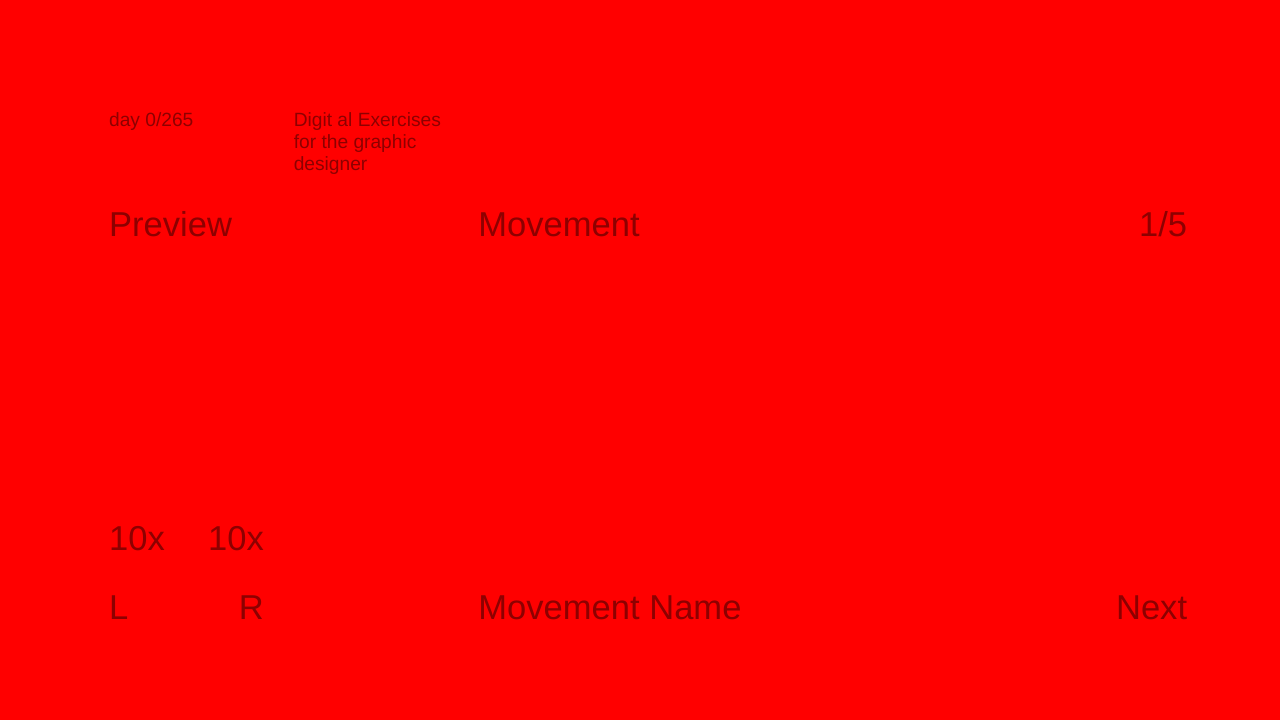
Repository: NoIdeasStudio/holiday-card-2024
Page: digit-al-exercises.html
These files come from the project's save history. The page is drawn as it stood at one moment and after the next save; the edit follows.
The browser window is 1280 px wide. The pictures show the whole page.

Above is the page before, as saved 2024-12-04 12:51:32.

After the next save:
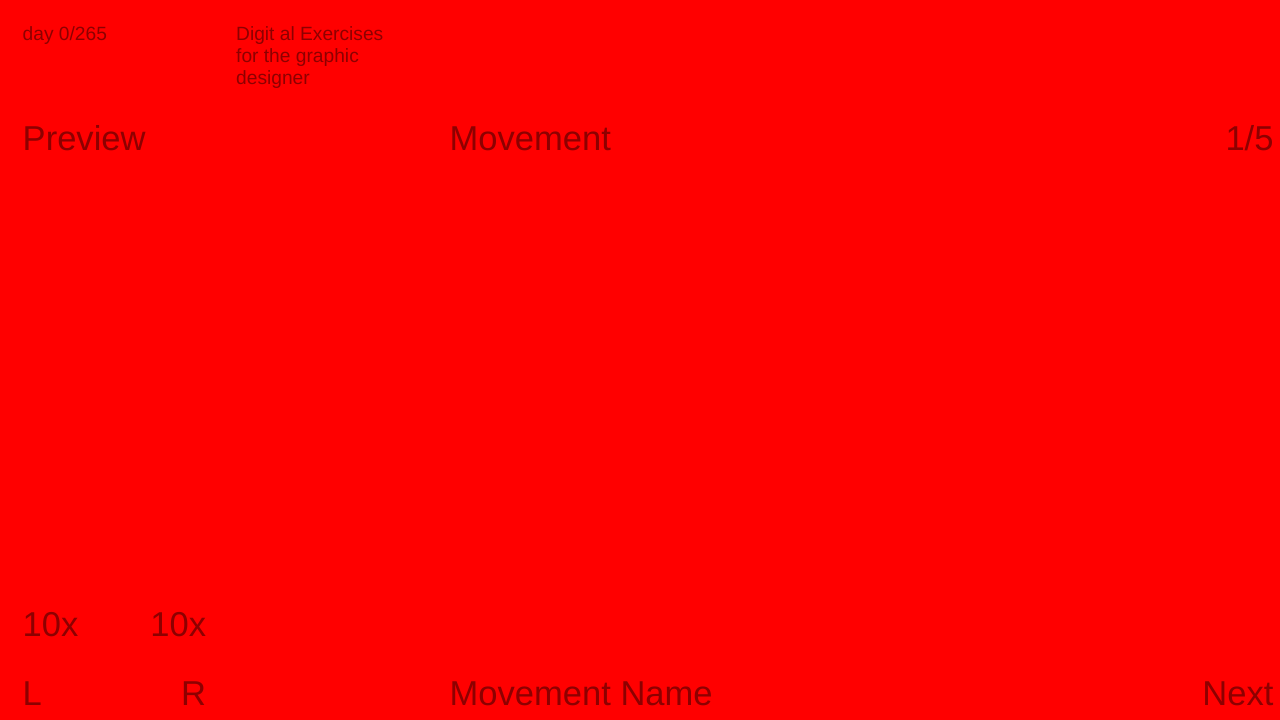
Saved 5 s later.
--- a/style.css
+++ b/style.css
@@ -14,7 +14,7 @@
     grid-template-columns: repeat(6, [col-start] 4fr);
     grid-template-rows: repeat(12, [row-start] 4fr);
     gap: 20px;
-    padding: 5em;
+    padding: .5em;
   }
 
   .wrapper > * {
